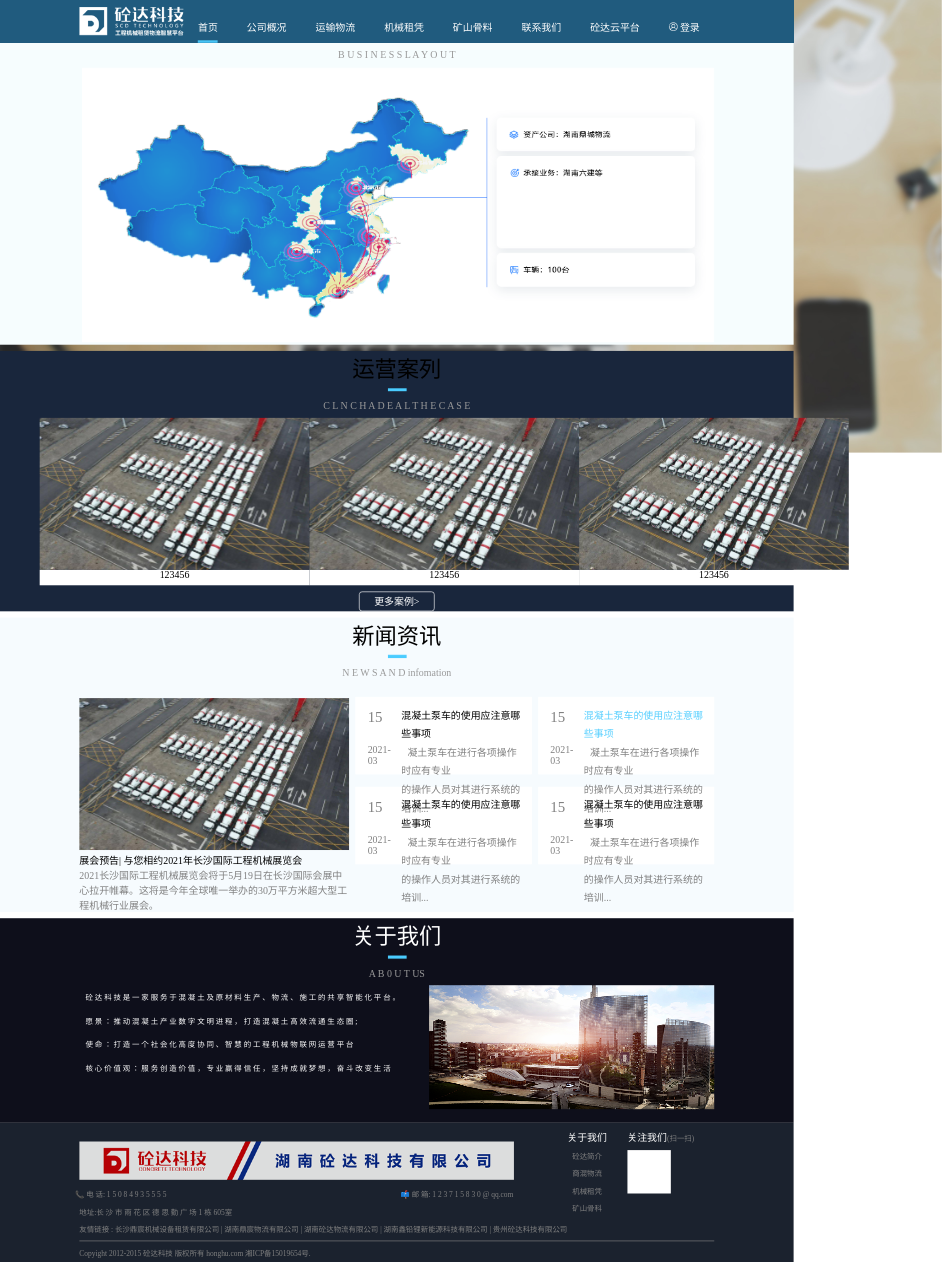
Repository: nzrdjdj/nzrdjdj.github.io
Page: index.html
These files come from the project's save history. The page is drawn as it stood at one moment and after a run of saves; the edit follows.
The browser window is 1280 px wide. The page is 1519 px wide, then 1369 px, so the pictures cover 1519 px, including what lies to the right of the window. The pictures show the whole page, at 62% of full size.

Above is the page before, as saved 2021-10-09 10:16:13.

After the next 2 saves:
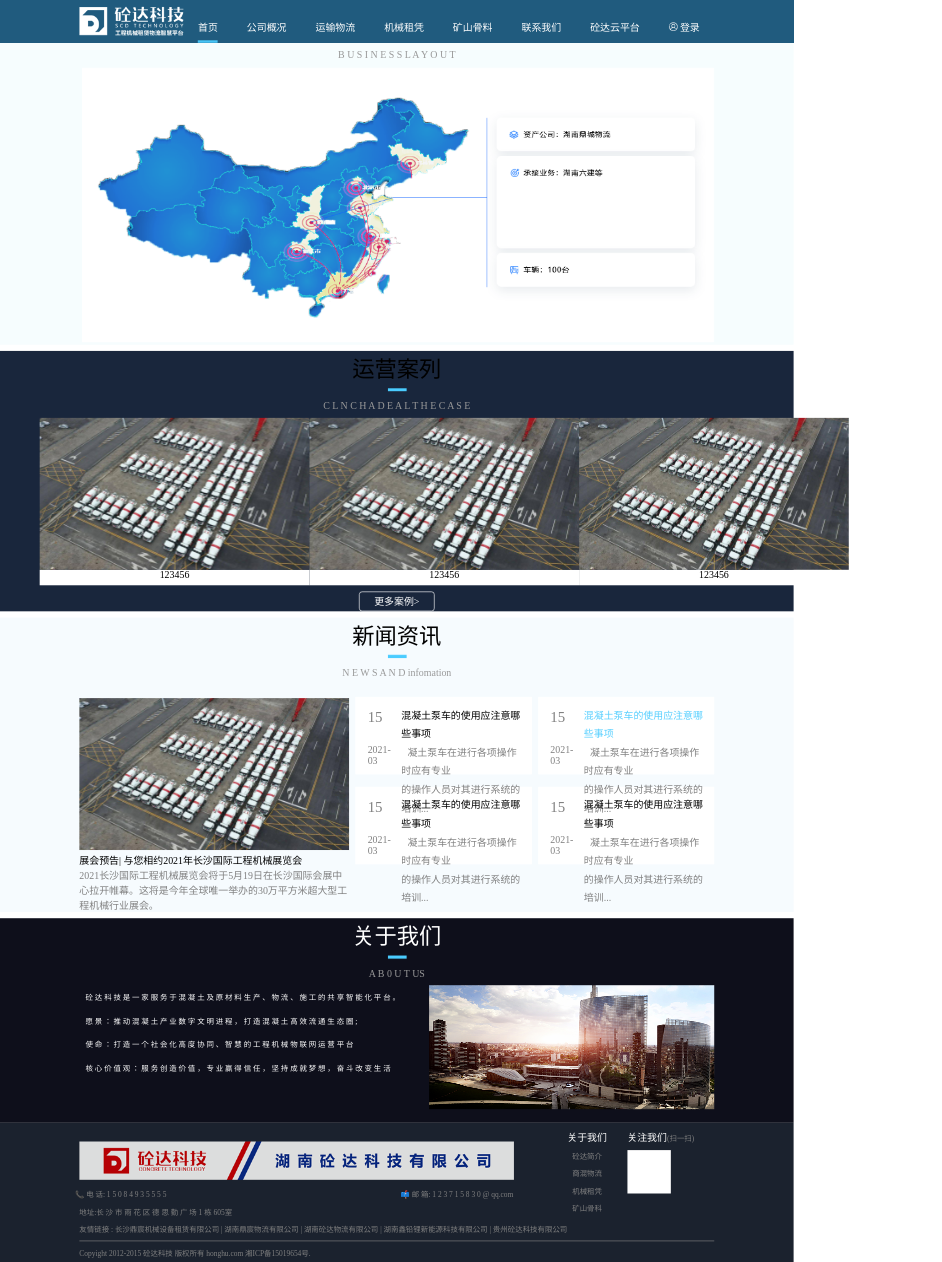
Console error: TypeError: Cannot read properties of undefined (reading 'style')
The 2 saves are shown as one change because they came seconds apart.
The last was saved 2 min 43 s later.
--- a/index.html
+++ b/index.html
@@ -274,13 +274,13 @@
                             // bu[index].classList.add("hei")
                         }
 
-                        item = setInterval(str, 2000)
+                        item = setInterval(str, 1000)
                         // 自动轮播
                         lunbox.onmouseover = function () {
                             clearInterval(item)
                         }
                         lunbox.onmouseout = function () {
-                            item = setInterval(str, 2000)
+                            item = setInterval(str, 1000)
                         }
                     </script>
 </body>
